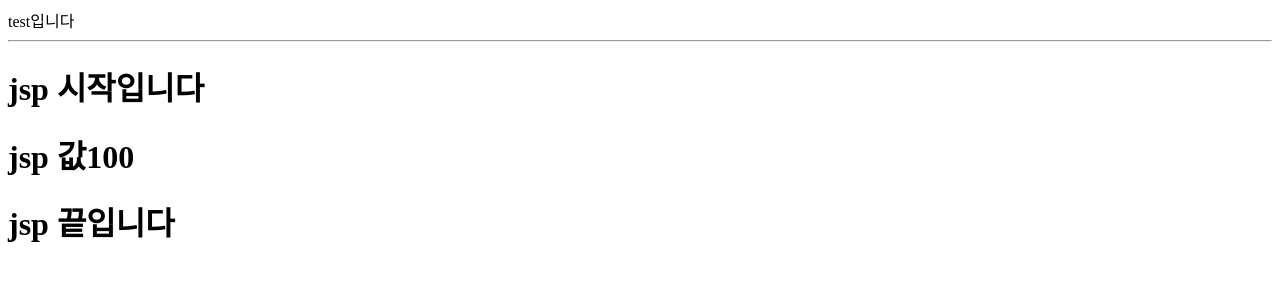
Repository: ryu1917/jsp
Page: http://localhost/jsp/test.jsp
The author's editor kept a copy of each file at every save. The page is drawn from the files as they stood at one save, then again after the next save.
The browser window is 1280 px wide. The pictures show the whole page.
The page is served by Tomcat 9.

Above is the page before, as saved 2021-04-20 10:13:46.

After the next save:
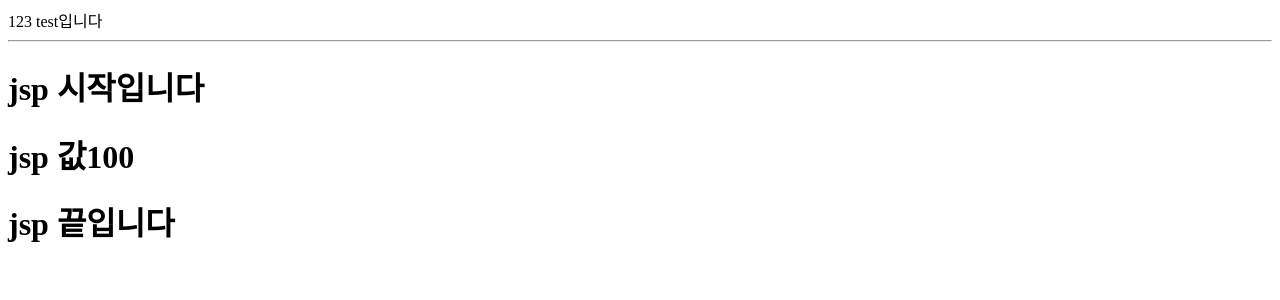
Saved 2 min 16 s later.
--- a/workspace/jsp/src/main/webapp/test.jsp
+++ b/workspace/jsp/src/main/webapp/test.jsp
@@ -7,7 +7,9 @@
 <title>Insert title here</title>
 </head>
 <body>
-<%= "test입니다" %>
+<% int num2=123; %>
+<%= num2 %>
+<%= "test입니다" %>	<%--out.print와 비슷 --%>
 <hr>
 	<h1>jsp 시작입니다</h1>
 	<%--jsp전체주석 --%>
